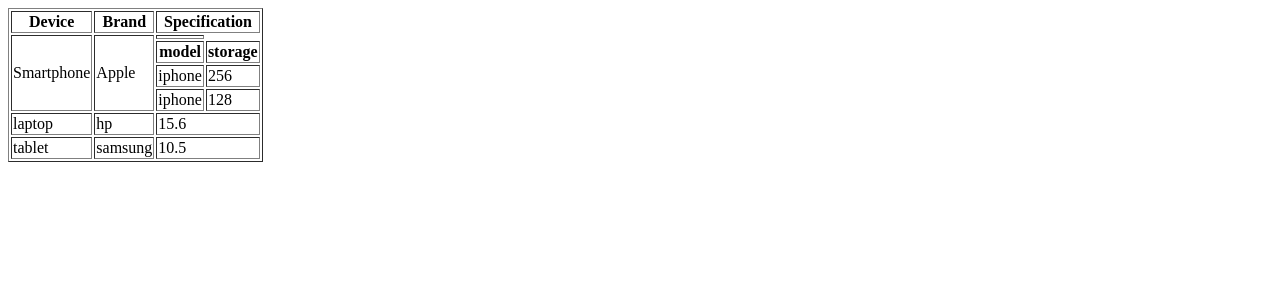
Repository: Rohit-sharma9838/myself
Page: Qspider/table.html
These files come from the project's save history. The page is drawn as it stood at one moment and after the next save; the edit follows.
The browser window is 1280 px wide. The pictures show the whole page.

Above is the page before, as saved 2025-08-16 22:56:50.

### Qspider/table.html
<!DOCTYPE html>
<html lang="en">
<head>
    <meta charset="UTF-8">
    <meta name="viewport" content="width=device-width, initial-scale=1.0">
    <title>Document</title>
</head>
<body>
    <table border="1">
        <tr>
            <th>Device</th>
            <th>Brand</th>
            <th colspan="2">Specification</th>
        </tr>
        <tr>
            <td rowspan="4">Smartphone</td>
            <td rowspan="4">Apple</td>
            <td>
                <tr>
                    <th>model</th>
                    <th>storage</th>
                </tr>
                <tr>
                    <td>iphone</td>
                    <td>256</td>
                </tr>
                <tr>
                    <td>iphone</td>
                    <td>128</td>
                </tr>
            </td>
            <tr>
                <td>laptop</td>
                <td>hp</td>
                <td colspan="2">15.6</td>
            </tr>
            <tr>
                <td>tablet</td>
                <td>samsung</td>
                <td colspan="2">10.5</td>
            </tr>
        </tr>
    </table>
</body>
</html>

After the next save:
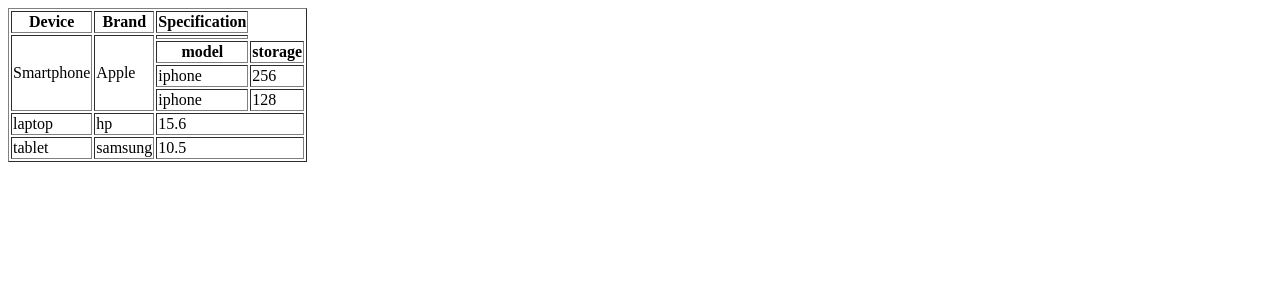
Saved 2 min 32 s later.
--- a/Qspider/table.html
+++ b/Qspider/table.html
@@ -10,7 +10,7 @@
         <tr>
             <th>Device</th>
             <th>Brand</th>
-            <th colspan="2">Specification</th>
+            <th>Specification</th>
         </tr>
         <tr>
             <td rowspan="4">Smartphone</td>

After the save that followed:
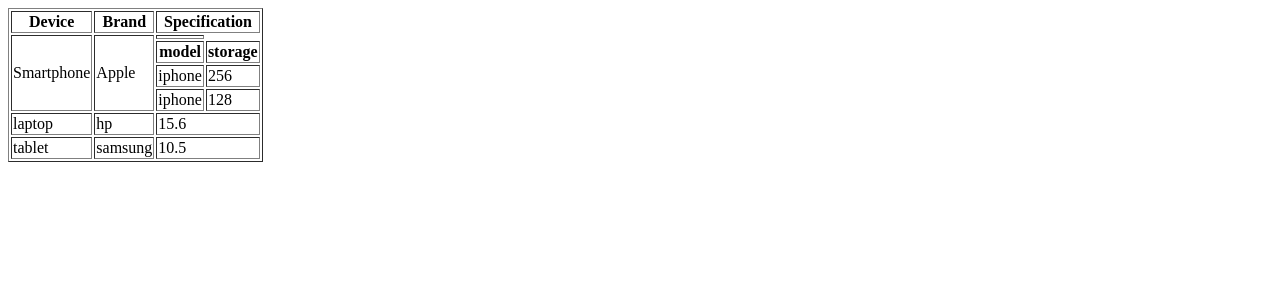
Saved 41 s later.
--- a/Qspider/table.html
+++ b/Qspider/table.html
@@ -10,7 +10,7 @@
         <tr>
             <th>Device</th>
             <th>Brand</th>
-            <th>Specification</th>
+            <th colspan="2">Specification</th>
         </tr>
         <tr>
             <td rowspan="4">Smartphone</td>
